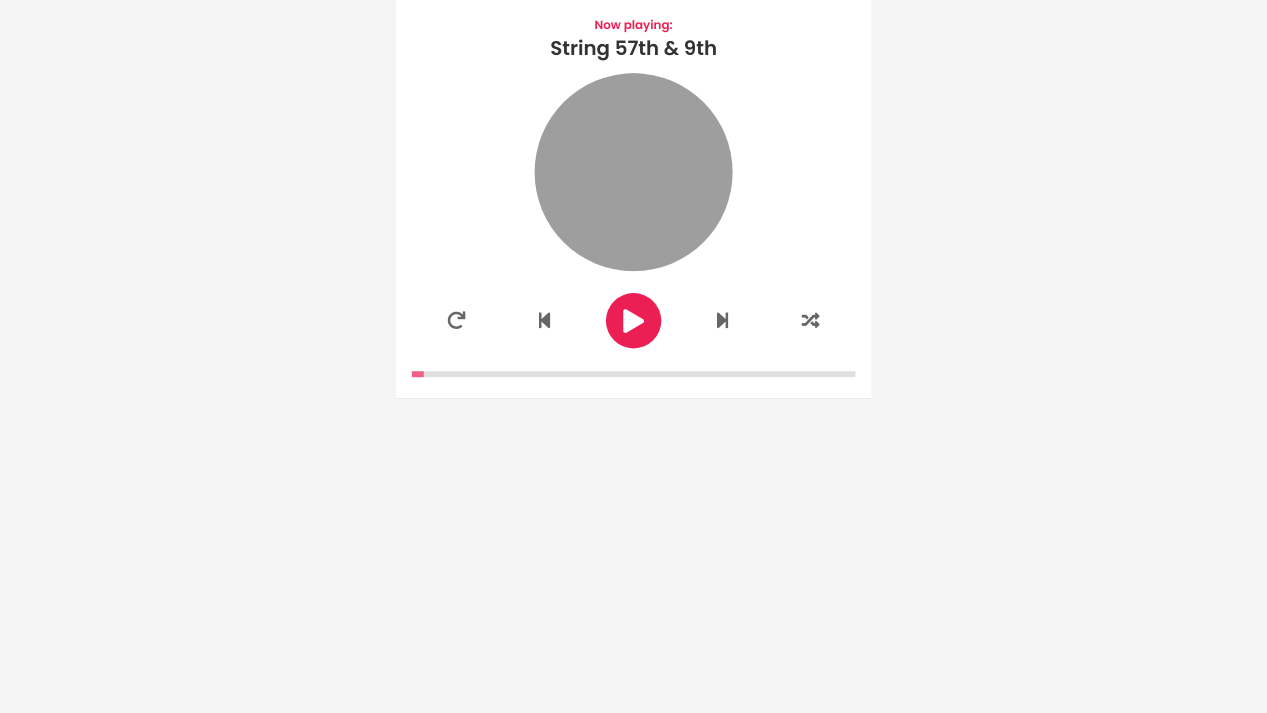
Repository: dovanthao2404/AppMusicPlayer
Page: index.html
The author's editor kept a copy of each file at every save. The page is drawn from the files as they stood at one save, then again after the next save.
The browser window is 1280 px wide. The pictures show the whole page, at 99% of full size.
Pictures or frames that could not be fetched are drawn as grey boxes.

Above is the page before, as saved 2021-06-28 12:54:14.

After the next save:
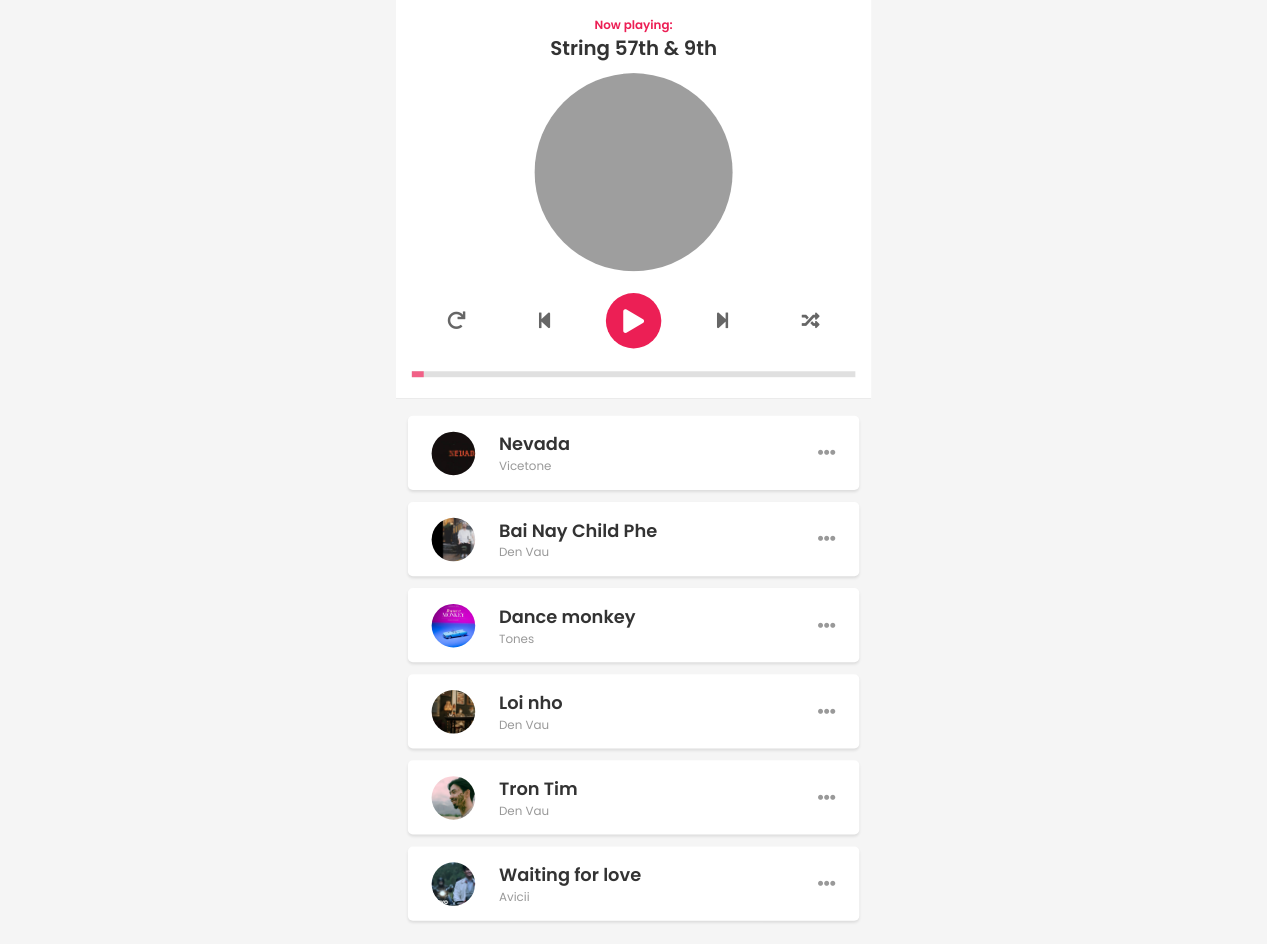
Saved 43 s later.
--- a/js/app.js
+++ b/js/app.js
@@ -40,7 +40,7 @@ const app = {
   ],
   render: function () {
     const htmls = this.songs.map(song => {
-      `<div class="song">
+      return `<div class="song">
       <div class="thumb" style="background-image: url('${song.image}')">
       </div>
       <div class="body">
